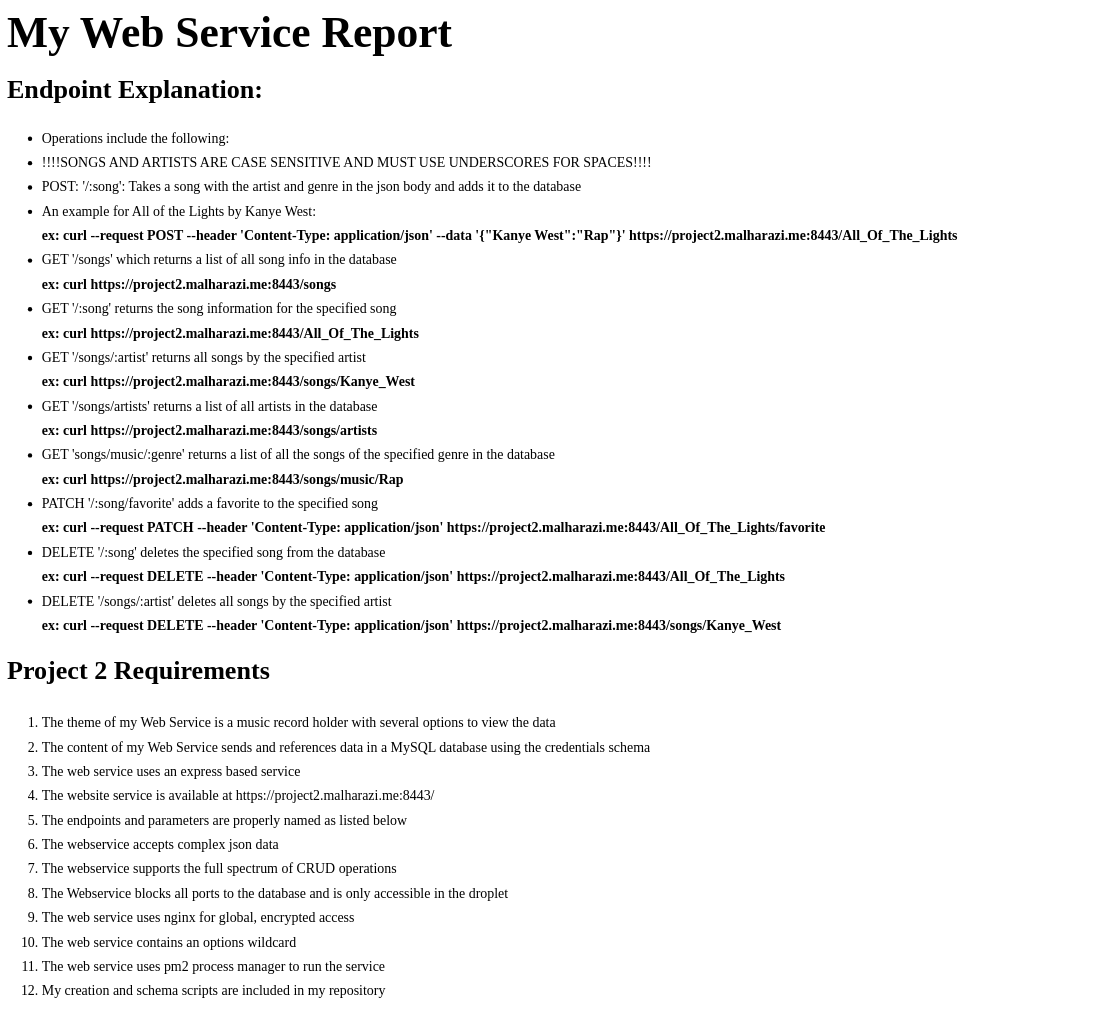
Repository: alharama/WebService
Page: report.html
These files come from the project's save history. The page is drawn as it stood at one moment and after the next save; the edit follows.
The browser window is 1280 px wide. The pictures show the whole page, at 87% of full size.

Above is the page before, as saved 2021-11-03 20:43:28.

### report.html
<!DOCTYPE html>
<html lang="en">
  <head>
    <title>Web Service Report</title>

    <style>
      header {
        font-size: 50px;
        font-weight: bold;
      }

      h1 {
        font-size: 30px;
        font-weight: bold;
      }

      h2 {
        font-size: 30px;
        font-weight: bold;
      }

      li {
        padding-top: 10px;
      }

      div {
        padding-top: 10px;
        list-style-type: none;
        font-weight: bold;
      }
    </style>
  </head>

  <body>
    <header>My Web Service Report</header>

    <h1>Endpoint Explanation:</h1>
    <ul>
      <li>Operations include the following:</li>
      <li>
        !!!!SONGS AND ARTISTS ARE CASE SENSITIVE AND MUST USE UNDERSCORES FOR
        SPACES!!!!
      </li>
      <li>
        POST: '/:song': Takes a song with the artist and genre in the json body
        and adds it to the database
      </li>
      <li>An example for All of the Lights by Kanye West:</li>
      <div>
        ex: curl --request POST --header 'Content-Type: application/json' --data
        '{"Kanye West":"Rap"}'
        https://project2.malharazi.me:8443/All_Of_The_Lights
      </div>
      <li>
        GET '/songs' which returns a list of all song info in the database
      </li>

      <div>ex: curl https://project2.malharazi.me:8443/songs</div>
      <li>GET '/:song' returns the song information for the specified song</li>
      <div>ex: curl https://project2.malharazi.me:8443/All_Of_The_Lights</div>

      <li>GET '/songs/:artist' returns all songs by the specified artist</li>
      <div>ex: curl https://project2.malharazi.me:8443/songs/Kanye_West</div>

      <li>
        GET '/songs/artists' returns a list of all artists in the database
      </li>
      <div>ex: curl https://project2.malharazi.me:8443/songs/artists</div>
      <li>
        GET 'songs/music/:genre' returns a list of all the songs of the
        specified genre in the database
      </li>
      <div>ex: curl https://project2.malharazi.me:8443/songs/music/Rap</div>
      <li>PATCH '/:song/favorite' adds a favorite to the specified song</li>
      <div>
        ex: curl --request PATCH --header 'Content-Type: application/json'
        https://project2.malharazi.me:8443/All_Of_The_Lights/favorite
      </div>
      <li>DELETE '/:song' deletes the specified song from the database</li>
      <div>
        ex: curl --request DELETE --header 'Content-Type: application/json'
        https://project2.malharazi.me:8443/All_Of_The_Lights
      </div>
      <li>DELETE '/songs/:artist' deletes all songs by the specified artist</li>
      <div>
        ex: curl --request DELETE --header 'Content-Type: application/json'
        https://project2.malharazi.me:8443/songs/Kanye_West
      </div>
    </ul>

    <h2>Project 2 Requirements</h2>
    <ol>
      <li>
        The theme of my Web Service is a music record holder with several
        options to view the data
      </li>
      <li>
        The content of my Web Service sends and references data in a MySQL
        database using the credentials schema
      </li>
      <li>The web service uses an express based service</li>
      <li>
        The website service is available at https://project2.malharazi.me:8443/
      </li>
      <li>The endpoints and parameters are properly named as listed below</li>
      <li>The webservice accepts complex json data</li>
      <li>The webservice supports the full spectrum of CRUD operations</li>
      <li>
        The Webservice blocks all ports to the database and is only accessible
        in the droplet
      </li>
      <li>The web service uses nginx for global, encrypted access</li>
      <li>The web service contains an options wildcard</li>
      <li>The web service uses pm2 process manager to run the service</li>
      <li>My creation and schema scripts are included in my repository</li>
    </ol>
  </body>
</html>

After the next save:
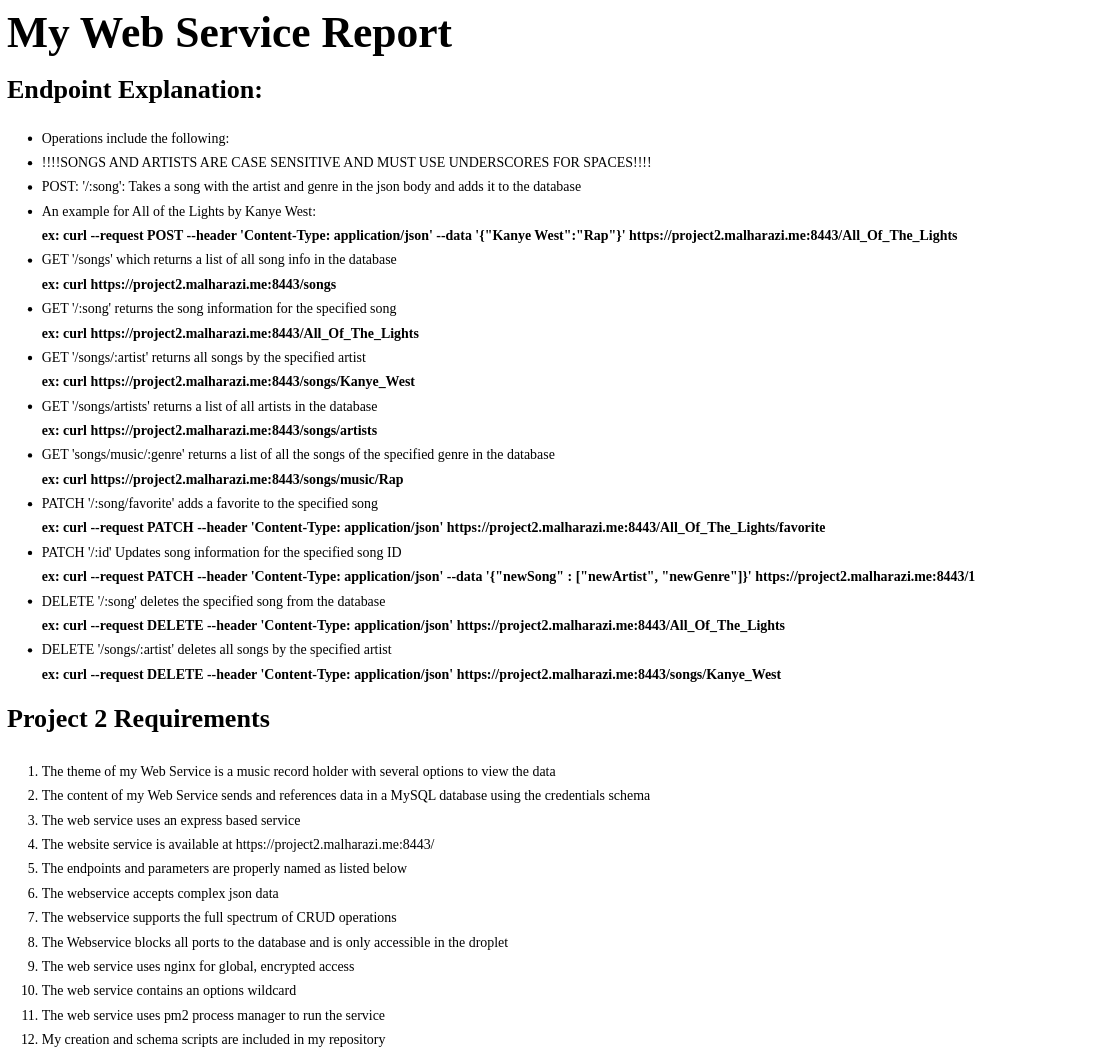
Saved 4 min 24 s later.
--- a/report.html
+++ b/report.html
@@ -76,6 +76,12 @@
         ex: curl --request PATCH --header 'Content-Type: application/json'
         https://project2.malharazi.me:8443/All_Of_The_Lights/favorite
       </div>
+      <li>PATCH '/:id' Updates song information for the specified song ID</li>
+      <div>
+        ex: curl --request PATCH --header 'Content-Type: application/json'
+        --data '{"newSong" : ["newArtist", "newGenre"]}'
+        https://project2.malharazi.me:8443/1
+      </div>
       <li>DELETE '/:song' deletes the specified song from the database</li>
       <div>
         ex: curl --request DELETE --header 'Content-Type: application/json'
